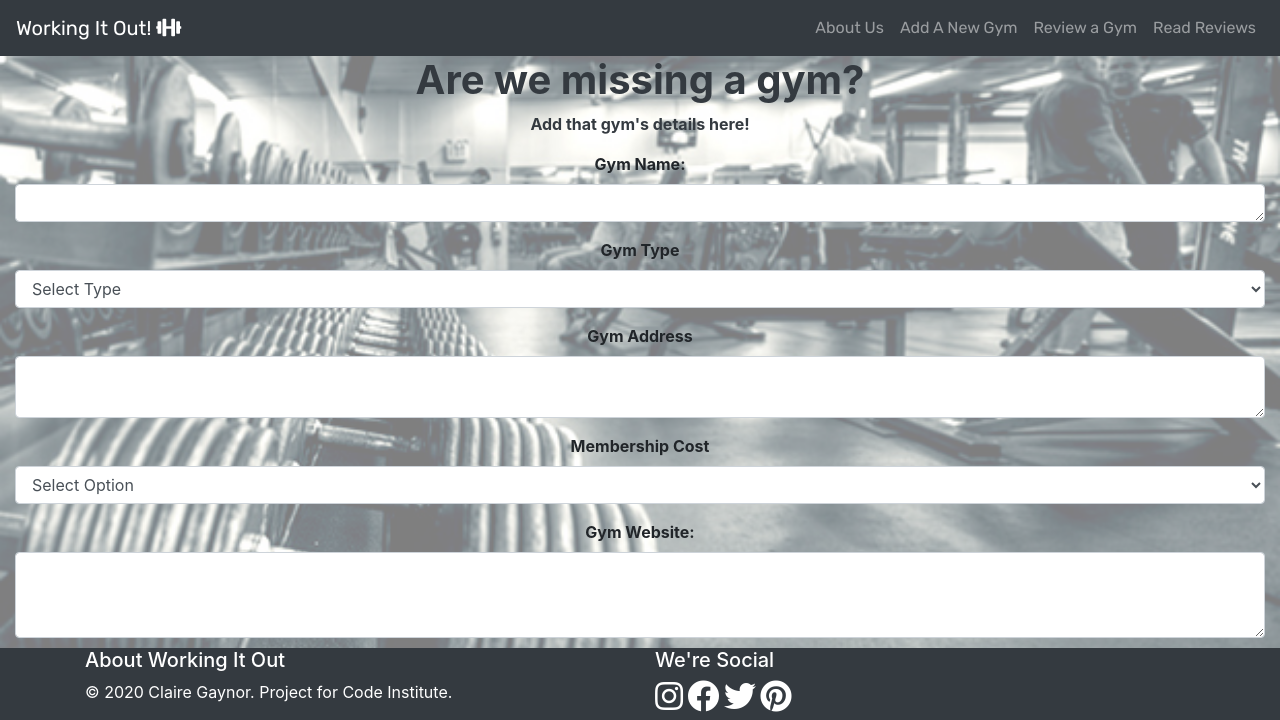
Repository: cgaynor91/Working_It_Out
Page: http://localhost/add_new_gym
The author's editor kept a record of every edit. The page is drawn from the files as they stood at one moment, then again after the next edit.
The browser window is 1280 px wide. The pictures show the whole page.
Some web libraries are served in a nearby version. The page is served by the project's application, run on Flask 3 (app.py).

Above is the page before.

After the next edit:
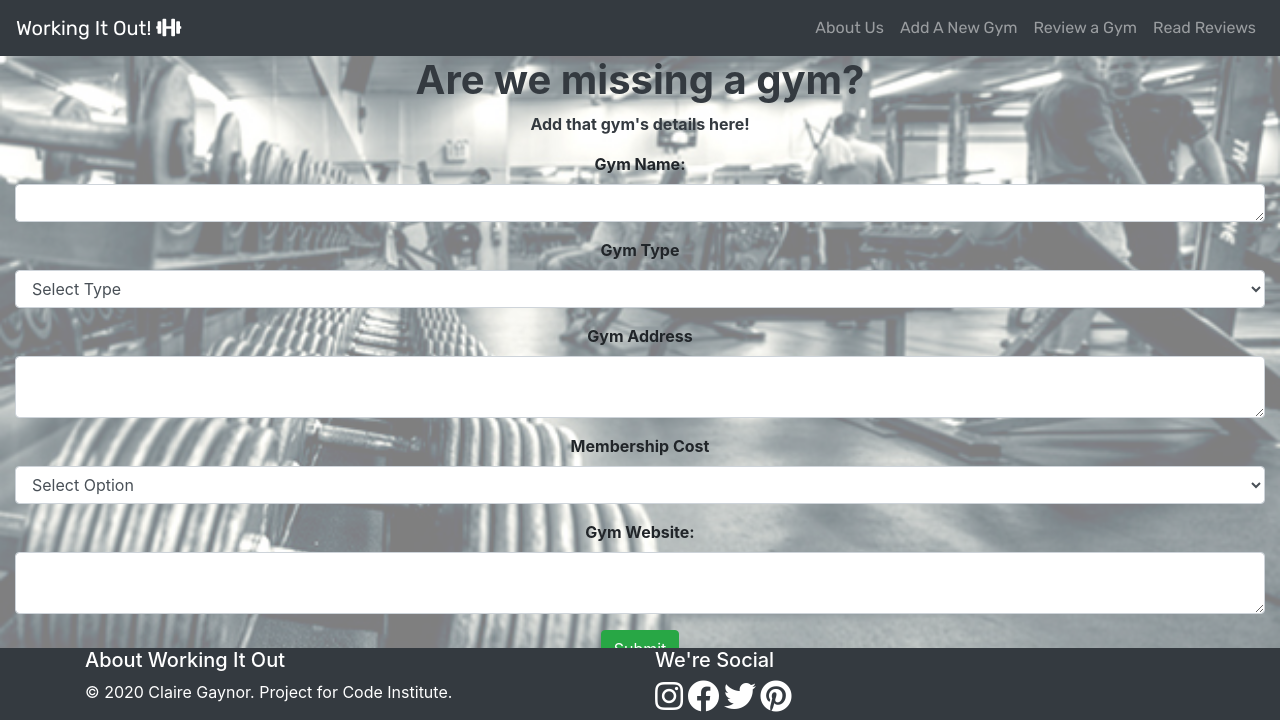
The edit:
--- a/templates/add_gym.html
+++ b/templates/add_gym.html
@@ -42,7 +42,7 @@
                 </div>
                 <div class="form-group font-weight-bolder">
                     <label for="gym_url">Gym Website: </label>
-                    <textarea class="form-control" id="gym_url" name="gym_url" rows="3"
+                    <textarea class="form-control" id="gym_url" name="gym_url" rows="2"
                         required></textarea>
                 </div>
                 <!-- Send button -->
